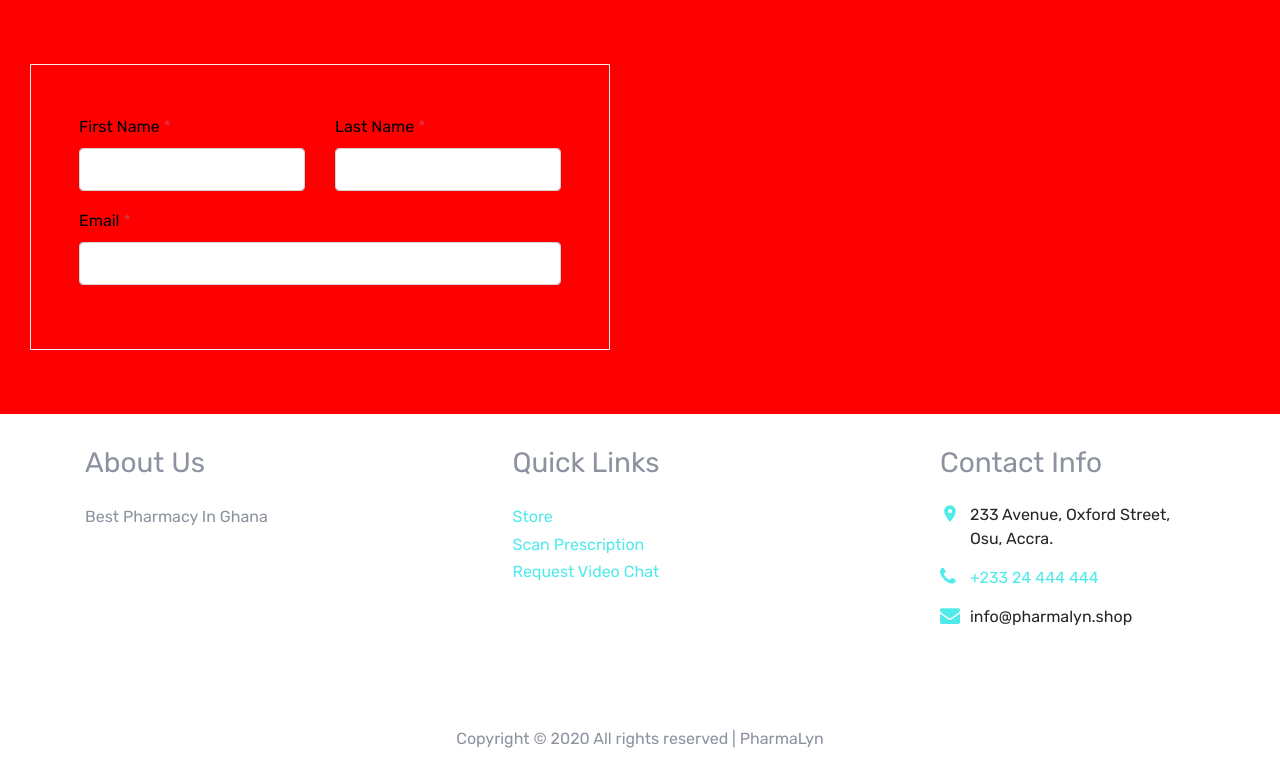
Repository: Nat-A/finalyearproject
Page: pharma/index - Copy.html
An editor plug-in stored every save of this project. The page is shown before and after the next save, followed by the edit.
The browser window is 1280 px wide. The pictures show the part of the page from y = 802 to 1638 px (the page is 1571 px tall before and 1638 px after).

Above is the page before, as saved 2020-06-03 12:53:32.

### pharma/index - Copy.html
<!DOCTYPE html>
<html lang="en">

<head>
    <title>PharmaLyn &mdash; HomePage</title>
    <meta charset="utf-8">
    <meta name="viewport" content="width=device-width, initial-scale=1, shrink-to-fit=no">

    <link href="https://fonts.googleapis.com/css?family=Rubik:400,700|Crimson+Text:400,400i" rel="stylesheet">
    <link rel="stylesheet" href="fonts/icomoon/style.css">

    <link rel="stylesheet" href="css/bootstrap.min.css">
    <link rel="stylesheet" href="css/magnific-popup.css">
    <link rel="stylesheet" href="css/jquery-ui.css">
    <link rel="stylesheet" href="css/owl.carousel.min.css">
    <link rel="stylesheet" href="css/owl.theme.default.min.css">


    <link rel="stylesheet" href="css/aos.css">

    <link rel="stylesheet" href="css/style.css">

</head>

<body>

    <div class="site-wrap">

        <!-- navbar  -->
        <div class="site-navbar py-2">

            <div class="search-wrap">
                <div class="container">
                    <a href="#" class="search-close js-search-close"><span class="icon-close2"></span></a>
                    <!-- search feature -->
                    <form action="#" method="post">
                        <input type="text" class="form-control" placeholder="Search drug...">
                    </form>
                </div>
            </div>

            <div class="container">
                <div class="d-flex align-items-center justify-content-between">
                    <div class="logo">
                        <div class="site-logo">
                            <a href="index.html" class="js-logo-clone">PharmaLyn</a>
                        </div>
                    </div>
                    <div class="main-nav d-none d-lg-block">
                        <nav class="site-navigation text-right text-md-center" role="navigation">
                            <ul class="site-menu js-clone-nav d-none d-lg-block">
                                <li class="active"><a href="index.html">Home</a></li>

                                <li class="has-children">
                                    <a href="#">Services</a>
                                    <ul class="dropdown">
                                        <li><a href="shop.html">Store</a></li>
                                        <li><a href="#">Scan Prescription</a></li>
                                        <li><a href="#">Request Video Chat</a></li>
                                    </ul>
                                </li>
                                <li><a href="contact.html">Contact</a></li>
                                <li><a href="about.html">About</a></li>
                                <li><a href="#">Log In / Sign Up  </a></li>
                                <!-- insert modal here -->
                            </ul>
                        </nav>
                    </div>
                    <div class="icons">
                        <a href="#" class="icons-btn d-inline-block js-search-open"><span class="icon-search"></span></a>
                        <a href="cart.html" class="icons-btn d-inline-block bag">
                            <span class="icon-shopping-bag"></span>
                            <!-- subject to the items in the cart -->
                            <span class="number">2</span>
                        </a>
                        <a href="#" class="site-menu-toggle js-menu-toggle ml-3 d-inline-block d-lg-none"><span
                class="icon-menu"></span></a>
                    </div>
                </div>
            </div>
        </div>
        <!-- end of navbar -->


        <!-- site banner -->
        <div class="site-blocks-cover" style="background-image: url('images/pills.jpg');">
            <div class="container">
                <div class="row">
                    <div class="col-lg-7 mx-auto order-lg-2 align-self-center">
                        <div class="site-block-cover-content text-center">
                            <h2 class="sub-title">PharmaLyn, We Care For You</h2>
                            <h1>Welcome To PharmaLyn</h1>
                            <p>
                                <a href="shop.html" class="btn btn-primary px-5 py-3">Shop Now</a>
                            </p>
                        </div>
                    </div>
                </div>
            </div>
        </div>
        <!-- end of banner -->


        <!-- brands -->
        <div class="jumbotron jumbotron-fluid" style="background: red">


            <div class="col-lg-6 mb-5 mb-lg-0 ">
                <a class="" style="background-image: url( 'images/avatars/doctor4.jpg'); ">
                    <div class="banner-1-inner align-self-center ">

                        <div class="col-md-12">

                            <form action="#" method="post">

                                <div class="p-3 p-lg-5 border">
                                    <div class="form-group row">
                                        <div class="col-md-6">
                                            <label for="c_fname" class="text-black">First Name <span class="text-danger">*</span></label>
                                            <input type="text" class="form-control" id="c_fname" name="c_fname">
                                        </div>
                                        <div class="col-md-6">
                                            <label for="c_lname" class="text-black">Last Name <span class="text-danger">*</span></label>
                                            <input type="text" class="form-control" id="c_lname" name="c_lname">
                                        </div>
                                    </div>
                                    <div class="form-group row">
                                        <div class="col-md-12">
                                            <label for="c_email" class="text-black">Email <span class="text-danger">*</span></label>
                                            <input type="email" class="form-control" id="c_email" name="c_email" placeholder="">
                                        </div>
                                    </div>




                                </div>
                            </form>
                        </div>
                    </div>
                </a>
            </div>








        </div>
    </div>
    <div class="container ">
        <div class="row ">
            <div class="col-md-6 col-lg-3 mb-4 mb-lg-0 ">

                <div class="block-7 ">
                    <h3 class="footer-heading mb-4 ">About Us</h3>
                    <p>Best Pharmacy In Ghana</p>
                </div>

            </div>
            <div class="col-lg-3 mx-auto mb-5 mb-lg-0 ">
                <h3 class="footer-heading mb-4 ">Quick Links</h3>
                <ul class="list-unstyled ">
                    <li><a href="shop.html ">Store</a></li>
                    <li><a href="# ">Scan Prescription</a></li>
                    <li><a href="# ">Request Video Chat</a></li>
                </ul>
            </div>

            <div class="col-md-6 col-lg-3 ">
                <div class="block-5 mb-5 ">
                    <h3 class="footer-heading mb-4 ">Contact Info</h3>
                    <ul class="list-unstyled ">
                        <li class="address ">233 Avenue, Oxford Street, Osu, Accra. </li>
                        <li class="phone "><a href="tel:// ">+233 24 444 444</a></li>
                        <li class="email ">info@pharmalyn.shop</li>
                    </ul>
                </div>
            </div>
        </div>
        <div class="row pt-5 text-center ">
            <div class="col-md-12 ">
                <p>
                    Copyright &copy;
                    <script>
                        document.write(new Date().getFullYear());
                    </script> All rights reserved | PharmaLyn
                </p>
            </div>
        </div>
    </div>
    </footer>
    <!-- end of footer -->
    </div>

    <script src="js/jquery-3.3.1.min.js "></script>
    <script src="js/jquery-ui.js "></script>
    <script src="js/popper.min.js "></script>
    <script src="js/bootstrap.min.js "></script>
    <script src="js/owl.carousel.min.js "></script>
    <script src="js/jquery.magnific-popup.min.js "></script>
    <script src="js/aos.js "></script>

    <script src="js/main.js "></script>

</body>

</html>

Loaded but not shown: pharma/fonts/icomoon/style.css (common file); pharma/css/bootstrap.min.css (library); pharma/css/magnific-popup.css (library); pharma/css/jquery-ui.css (library); pharma/css/owl.carousel.min.css (common file); pharma/css/owl.theme.default.min.css (common file); pharma/css/aos.css (library); pharma/js/jquery-3.3.1.min.js (library); pharma/js/jquery-ui.js (library); pharma/js/popper.min.js (library); pharma/js/bootstrap.min.js (library); pharma/js/owl.carousel.min.js (library); pharma/js/jquery.magnific-popup.min.js (library); pharma/js/aos.js (library); pharma/js/main.js (219 lines, source omitted); pharma/css/style.css (1125 lines, source omitted)

After the next save:
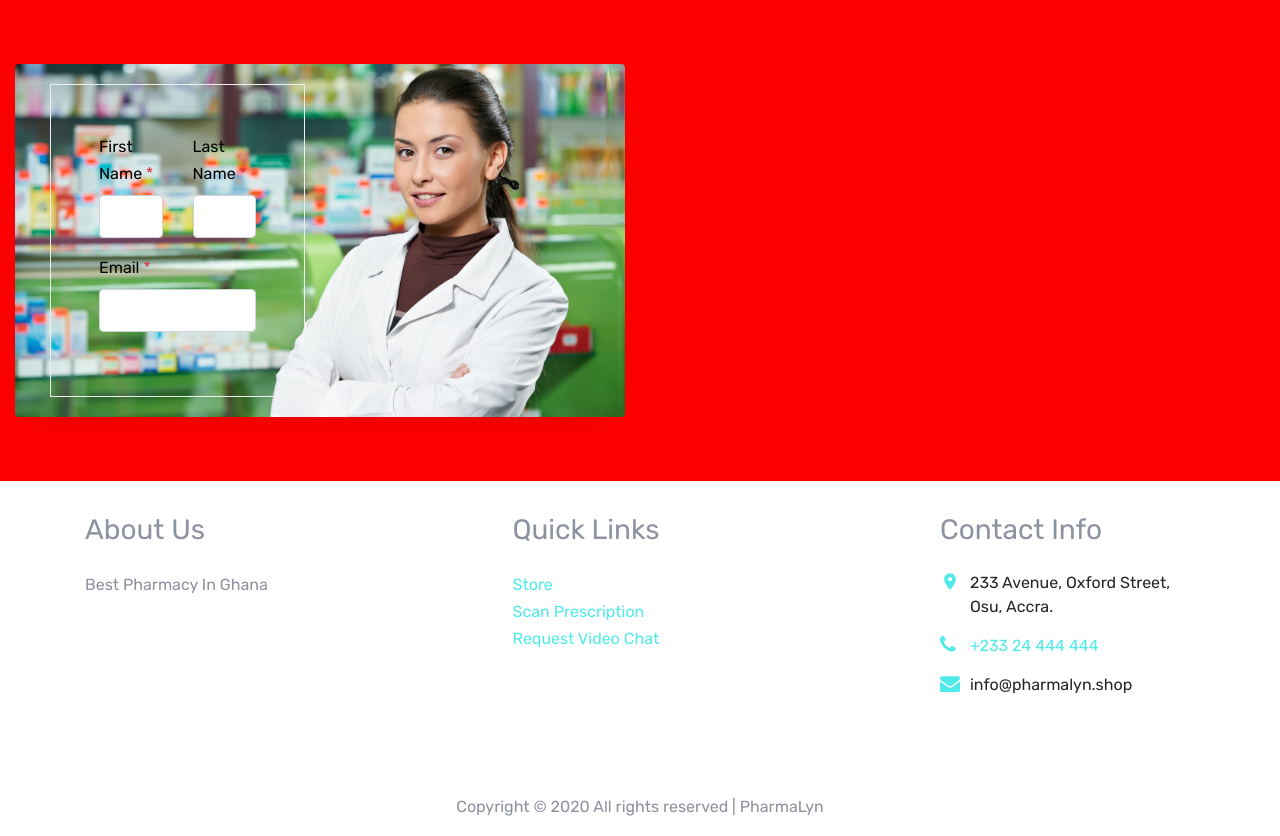
Saved 11 s later.
--- a/pharma/index - Copy.html
+++ b/pharma/index - Copy.html
@@ -106,7 +106,7 @@
 
 
             <div class="col-lg-6 mb-5 mb-lg-0 ">
-                <a class="" style="background-image: url( 'images/avatars/doctor4.jpg'); ">
+                <a class="banner-1 h-100 d-flex " style="background-image: url( 'images/avatars/doctor4.jpg'); ">
                     <div class="banner-1-inner align-self-center ">
 
                         <div class="col-md-12">

After the 3 saves that followed:
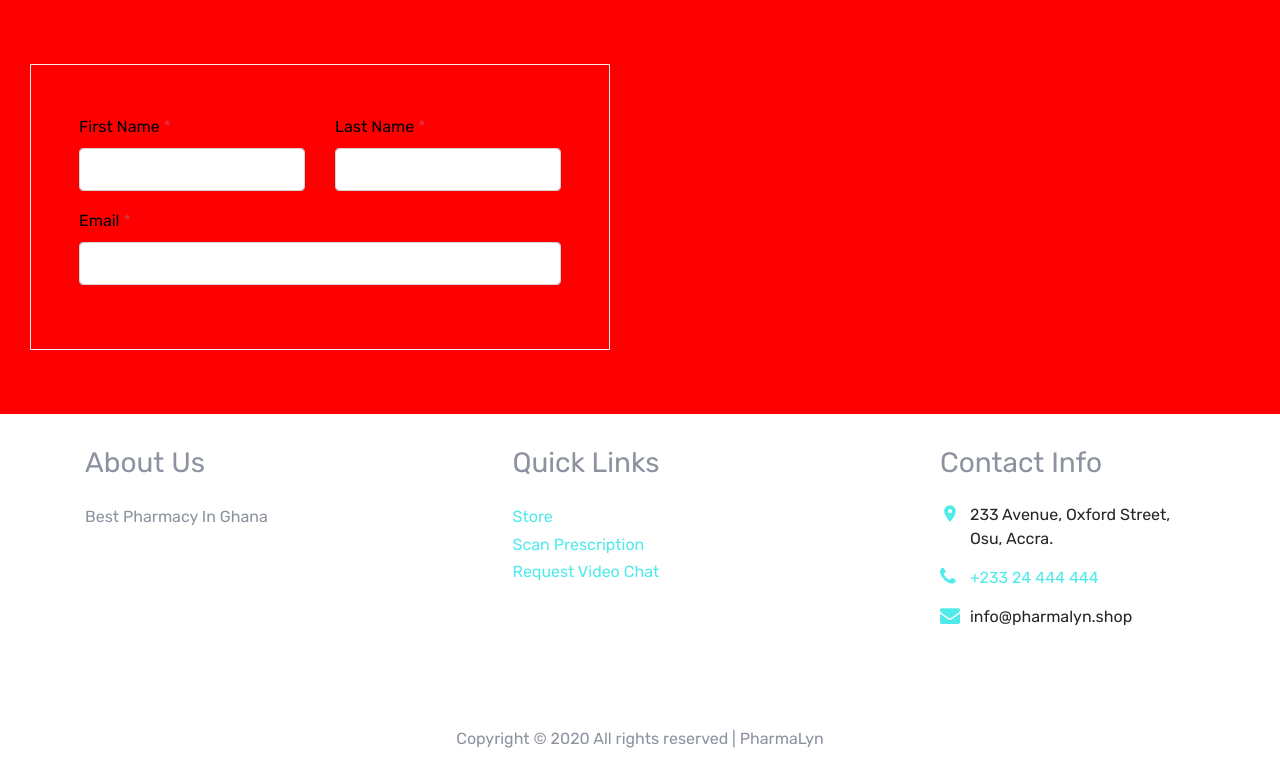
The 3 saves are shown as one change because 1 left the picture as it was and some came seconds apart.
The last was saved 20 s later.
--- a/pharma/index - Copy.html
+++ b/pharma/index - Copy.html
@@ -106,7 +106,7 @@
 
 
             <div class="col-lg-6 mb-5 mb-lg-0 ">
-                <a class="banner-1 h-100 d-flex " style="background-image: url( 'images/avatars/doctor4.jpg'); ">
+                <a class="banner-2 h-100" style="background-image: url( 'images/avatars/doctor4.jpg'); ">
                     <div class="banner-1-inner align-self-center ">
 
                         <div class="col-md-12">
